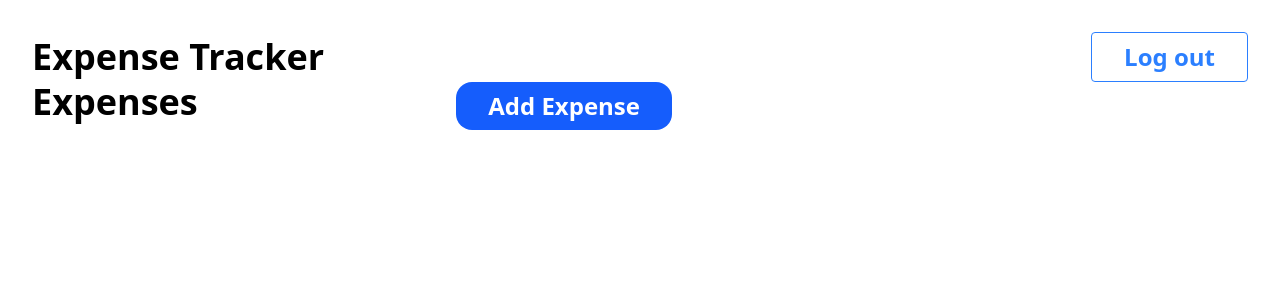
Repository: Syed-Mohsin-Ali786/frontend-expense-tracker
Page: /
The author's editor kept a copy of each file at every save. The page is drawn from the files as they stood at one save, then again after the next save.
The browser window is 1280 px wide. The pictures show the whole page.
The project was rebuilt for these pictures with package versions that can differ from the ones it lists, and the page was loaded fresh each time.

Above is the page before, as saved 2025-09-28 14:07:15.

After the next save:
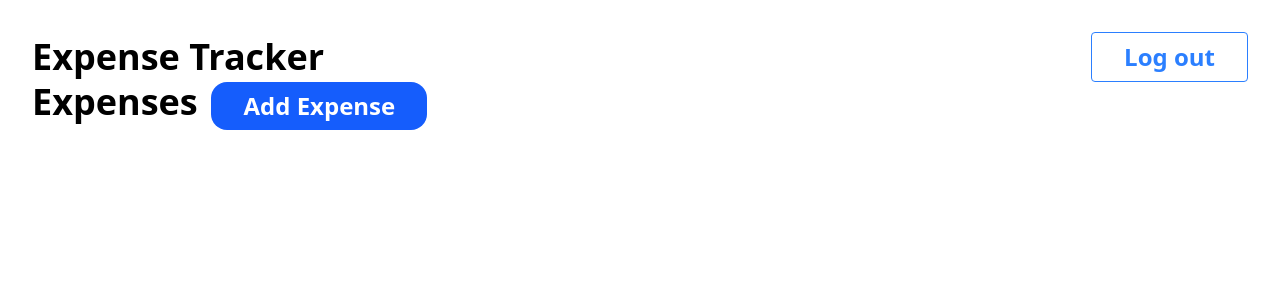
Saved 34 s later.
--- a/src/App.tsx
+++ b/src/App.tsx
@@ -1,32 +1,31 @@
-
-import './App.css'
+import "./App.css";
 
 function App() {
-
-
   return (
-    <div className=' mt-4 mx-4 p-4'>
+    <div className=" mt-4 mx-4 p-4">
       {/* Header */}
-      <header className='flex items-center justify-between'>
-     <h1 className='text-4xl  font-semibold'>Expense Tracker</h1>
-     <button className=' border border-blue-500 py-2 px-3 md:px-6 lg:px-8 rounded font-semibold text-blue-500 text-2xl '>Log out</button>
+      <header className="flex items-center justify-between">
+        <h1 className="text-4xl  font-semibold">Expense Tracker</h1>
+        <button className=" border border-blue-500 py-2 px-3 md:px-6 lg:px-8 rounded font-semibold text-blue-500 text-2xl ">
+          Log out
+        </button>
       </header>
 
       {/* The main page */}
-<section>
-  {/* Expenses */}
-<div className='flex w-[50vw] justify-between'>
-<h1 className='text-4xl  font-semibold'>Expenses</h1>
-     <button className=' bg-blue-600  py-2 px-3 md:px-6 lg:px-8 rounded-2xl font-semibold text-[#ffff] text-2xl '>Add Expense</button>
-
-</div>
-{/* Charts */}
-<div>
-
-</div>
-</section>
+      <section>
+        {/* Expenses */}
+        <div className="flex w-[50vw] justify-between">
+          <h1 className="text-4xl  font-semibold">Expenses</h1>
+          <button className=" bg-blue-600  py-2 px-3 md:px-6 lg:px-8 rounded-2xl font-semibold text-[#ffff] text-2xl ">
+            Add Expense
+          </button>
+          <input type="text" />
+        </div>
+        {/* Charts */}
+        <div></div>
+      </section>
     </div>
-  )
+  );
 }
 
-export default App
+export default App;
